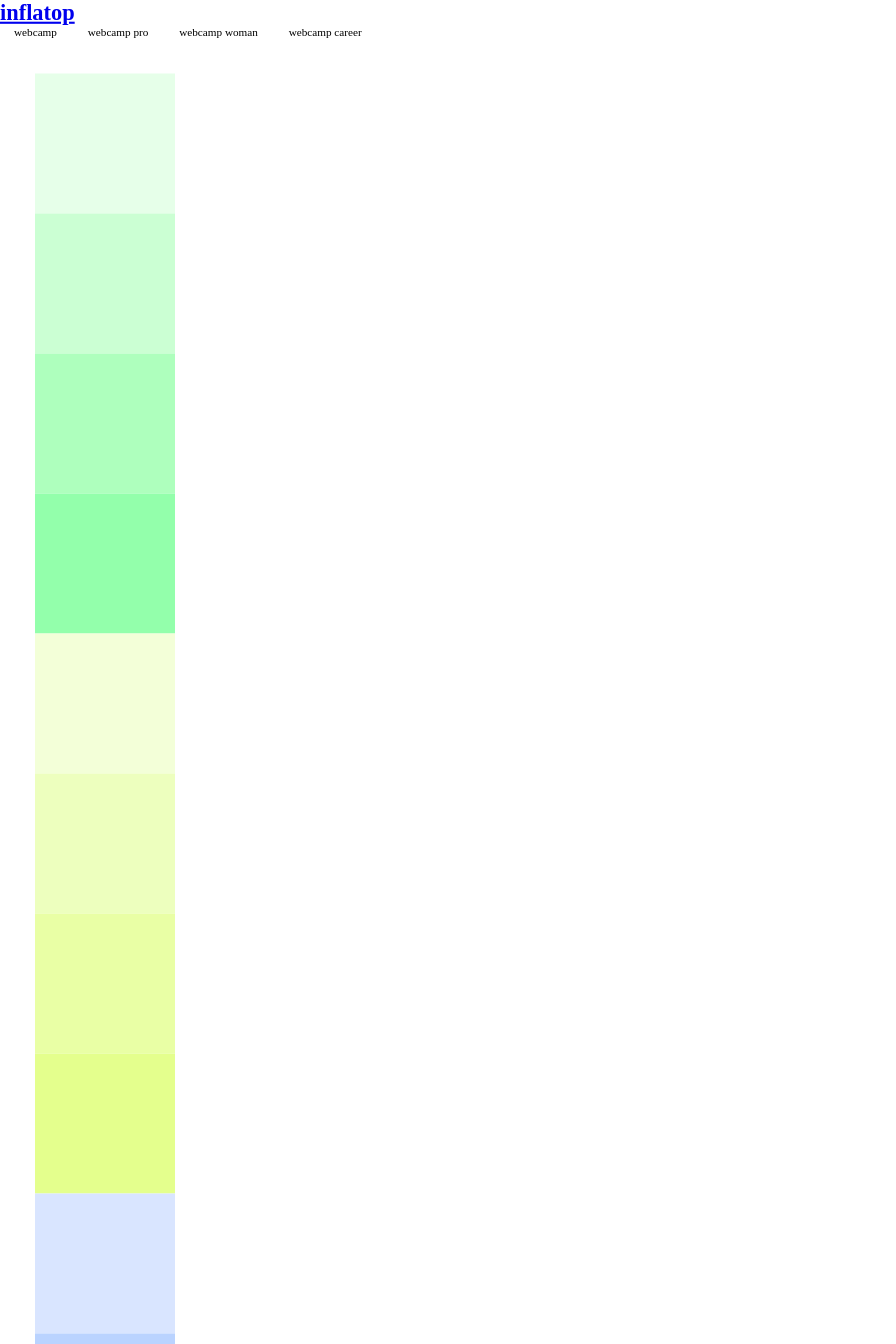
Repository: sunny0105yoko/bookers2-debug
Page: excise5/index.html
The author's editor kept a record of every edit. The page is drawn from the files as they stood at one moment, then again after the next edit.
The browser window is 1280 px wide. The pictures show the part of the page from y = 0 to 1920 px (the page is 2573 px tall before and 773 px after), at 70% of full size.

Above is the page before.

After the next edit:
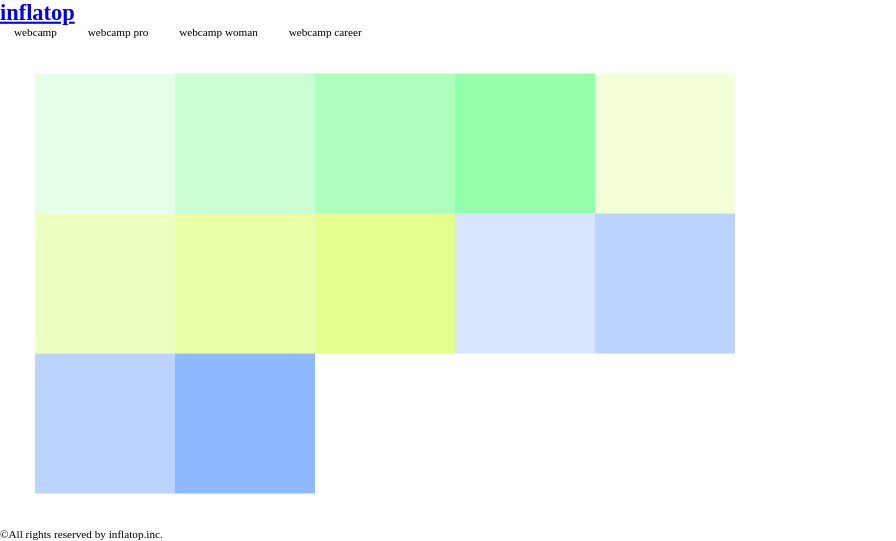
The edit:
--- a/excise5/style.css
+++ b/excise5/style.css
@@ -23,7 +23,8 @@
 }
 
 .flex{
-  display: flex-wrap;
+  display: flex;
+  flex-wrap: wrap;
   padding:50px;
 }
 .flex-box1{
